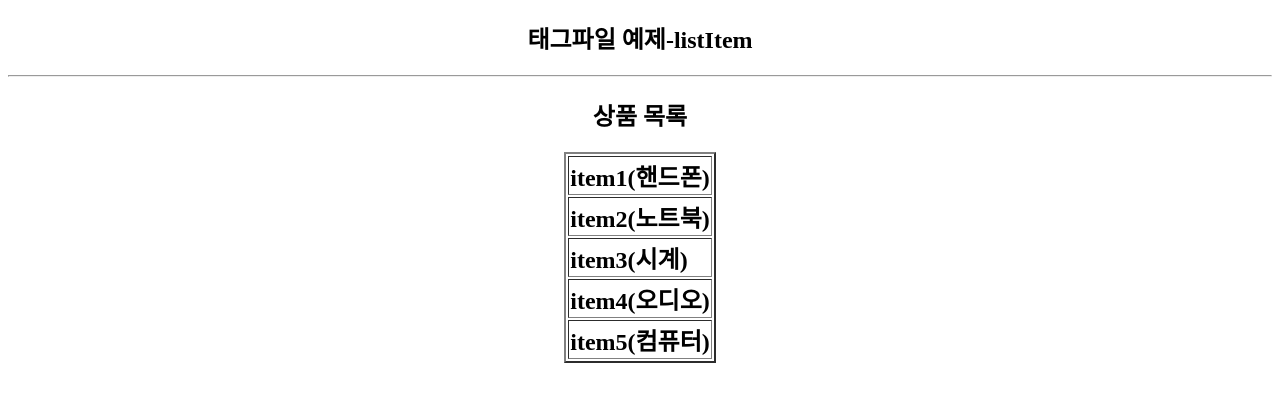
Repository: ljdongz/jsp-study
Page: http://localhost/jspbook/ch08/ItemTag.jsp
The author's editor kept a copy of each file at every save. The page is drawn from the files as they stood at one save, then again after the next save.
The browser window is 1280 px wide. The pictures show the whole page.
The page is served by Tomcat 9. Other server files are loaded and not shown.

Above is the page before, as saved 2022-11-07 00:56:12.

### jspbook/src/main/webapp/ch08/ItemTag.jsp
<%@ page language="java" contentType="text/html; charset=UTF-8" pageEncoding="UTF-8"%>
<%@ taglib uri="/WEB-INF/tld/ItemTag.tld" prefix="mytag"%>
<!DOCTYPE html>
<html>
<head>
<meta charset="UTF-8">
<title>Insert title here</title>
</head>
<body>
	<div align="center">
		<H2>태그파일 예제-listItem</H2>
		<HR>
		<mytag:item border="2" bgcolor="yellow">상품 목록</mytag:item>
	</div>
</body>
</html>

### jspbook/src/main/java/jspbook/ch08/ItemTagHandler.java
package jspbook.ch08;

import java.io.IOException;

import javax.servlet.jsp.JspException;
import javax.servlet.jsp.JspWriter;
import javax.servlet.jsp.tagext.JspFragment;
import javax.servlet.jsp.tagext.SimpleTagSupport;

public class ItemTagHandler extends SimpleTagSupport{
	private String bgcolor;
	private String border;

	public String getBgcolor() {
		return bgcolor;
	}
	public void setBgcolor(String bgcolor) {
		this.bgcolor = bgcolor;
	}
	public String getBorder() {
		return border;
	}
	public void setBorder(String border) {
		this.border = border;
	}

	public void doTag() throws IOException, JspException {
		JspWriter out = getJspContext().getOut();
		JspFragment body = getJspBody();

		Product product = new Product();
		StringBuffer msg = new StringBuffer();
		if(body != null) {
			out.println("<h2>");
			body.invoke(null);
			out.println("<h2>");
		}
		msg.append("<table border=")
		.append(border)
		.append("bgcolor=")
		.append(bgcolor)
		.append("width=150>");

		out.println(msg.toString());

		for(String item : product.getProductList()) {
			out.println("<tr><td>" + item + "</td></tr>");
		}
		out.println("</table>");
	}

}

### jspbook/src/main/java/jspbook/ch08/Product.java
package jspbook.ch08;

public class Product {
	private String[] productList = {"item1(핸드폰)","item2(노트북)","item3(시계)","item4(오디오)","item5(컴퓨터)"};
	private int num1 = 10;
	private int num2 = 20;

	public String[] getProductList() {
		return productList;
	}
	public int getNum1() {
		return num1;
	}
	public int getNum2() {
		return num2;
	}


}

After the next save:
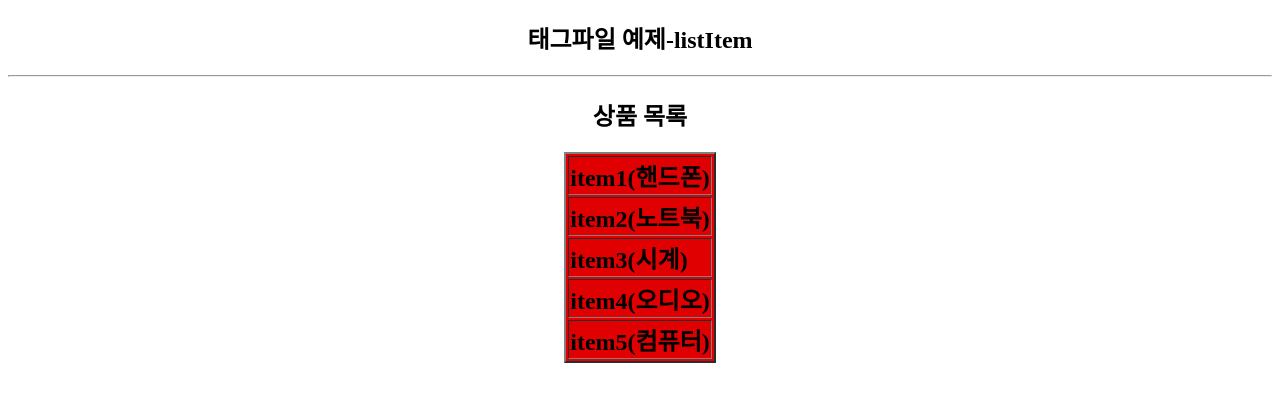
Saved 2 min 33 s later.
--- a/jspbook/src/main/java/jspbook/ch08/ItemTagHandler.java
+++ b/jspbook/src/main/java/jspbook/ch08/ItemTagHandler.java
@@ -37,7 +37,7 @@ public class ItemTagHandler extends SimpleTagSupport{
 		}
 		msg.append("<table border=")
 		.append(border)
-		.append("bgcolor=")
+		.append(" bgcolor=")
 		.append(bgcolor)
 		.append("width=150>");
 
